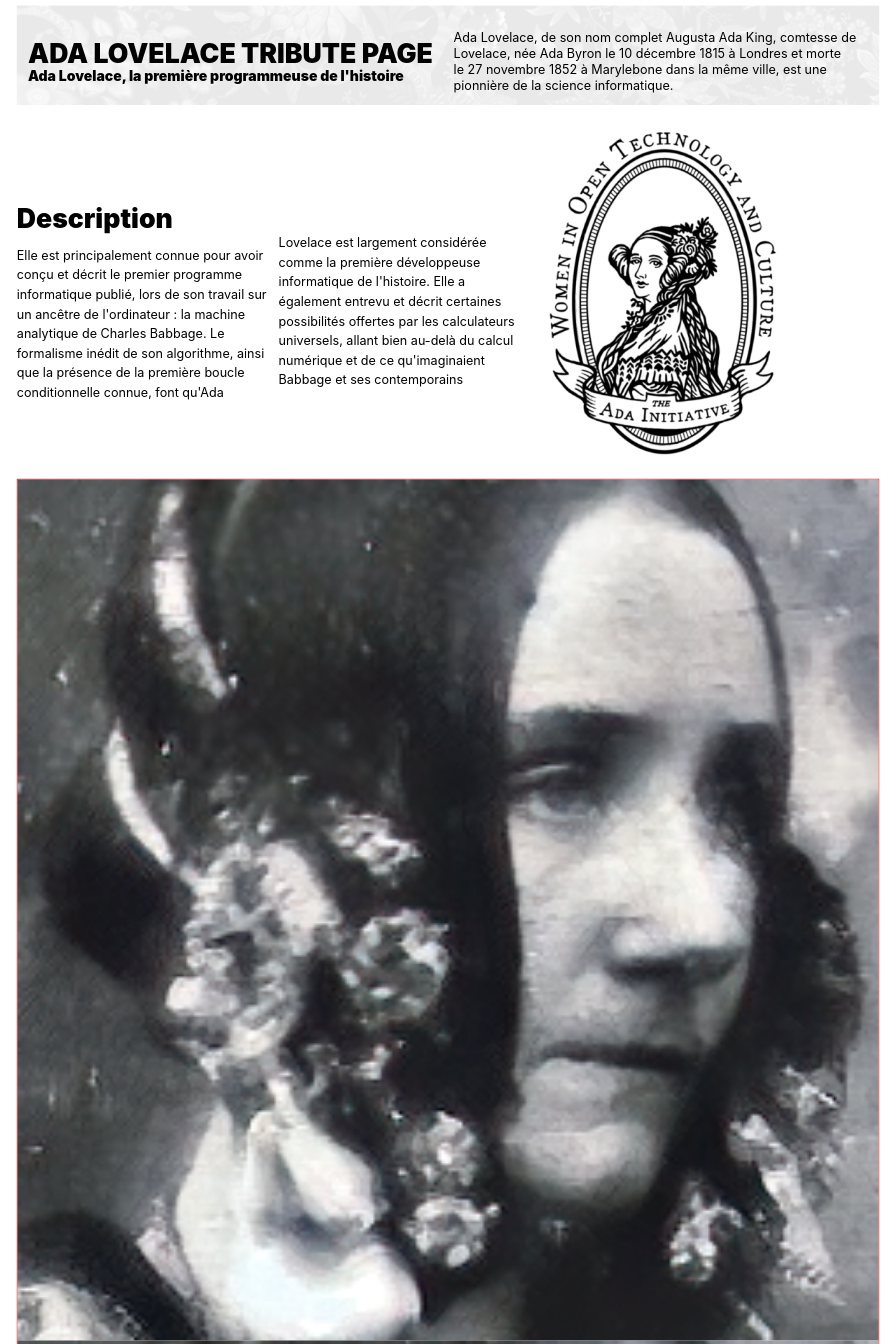
Repository: b3no1t/integration-training
Page: onepage-adalovelace/src/index.html
These files come from the project's save history. The page is drawn as it stood at one moment and after the next save; the edit follows.
The browser window is 1280 px wide. The pictures show the part of the page from y = 0 to 1920 px (the page is 5748 px tall), at 70% of full size.

Above is the page before, as saved 2025-01-30 09:51:59.

After the next save:
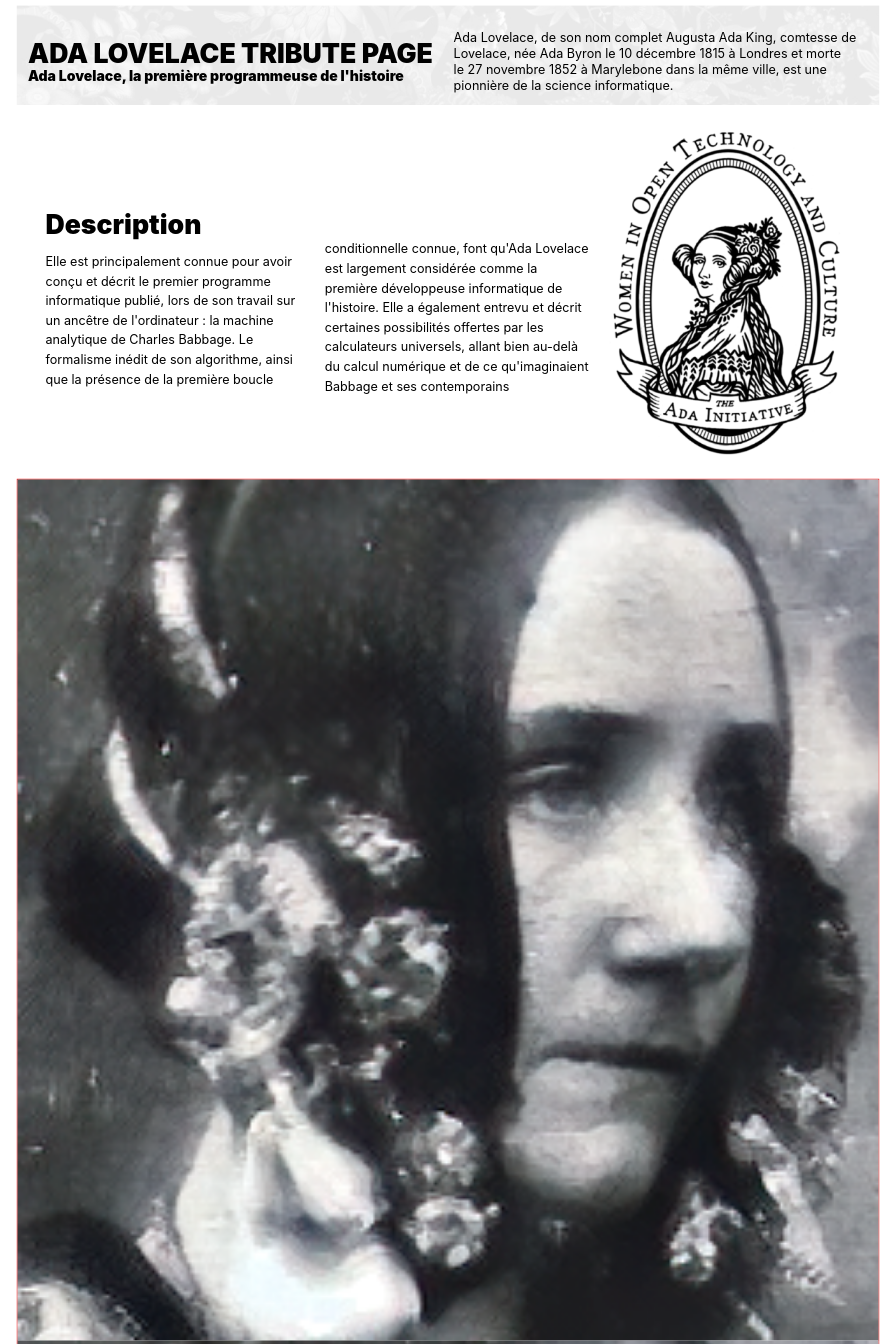
Saved 35 s later.
--- a/onepage-adalovelace/src/assets/css/_section.css
+++ b/onepage-adalovelace/src/assets/css/_section.css
@@ -50,8 +50,9 @@
   @media (min-width: 640px) {
     flex-direction: row;
     margin-top: 2em;
-    max-width: 1100px;
-  }
+    max-width: 1150px;
+    margin-inline: auto;
+   }
   & img {
     width: 50%;
     margin-inline: auto;
